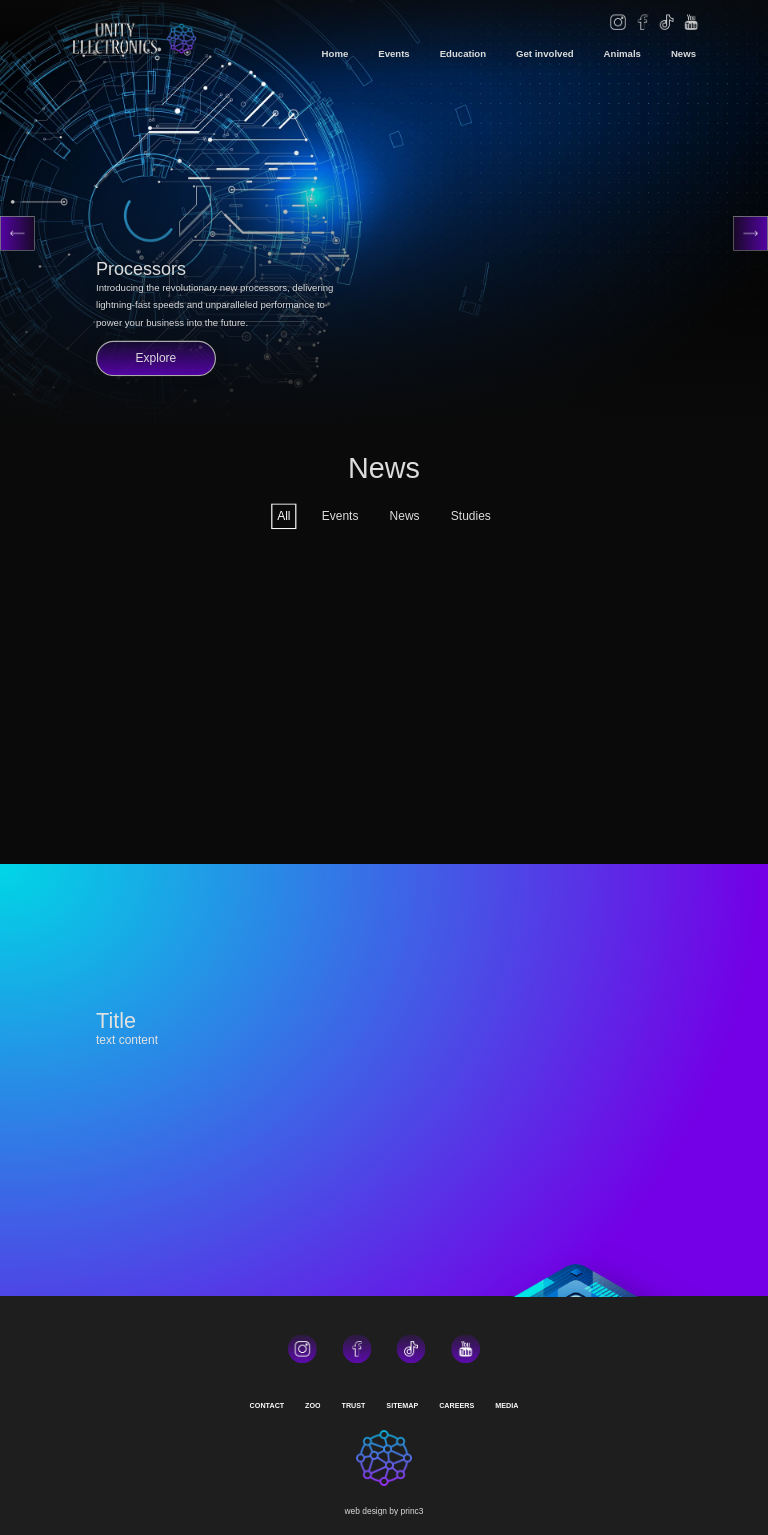
Repository: princ3-web/five
Page: /
These files come from the project's save history. The page is drawn as it stood at one moment and after a run of saves; the edit follows.
The browser window is 1280 px wide. The pictures show the whole page, at 60% of full size.
An inner scrolling area shows only its first screen. The project was rebuilt for these pictures with package versions that can differ from the ones it lists, and the page was loaded fresh each time. Also part of the build but not shown: src/css/subpage.module.css, src/pages/Events.jsx, src/pages/Education.jsx, src/pages/Membership.jsx, src/pages/Animals.jsx, src/pages/News.jsx, src/pages/Support.jsx.

Above is the page before, as saved 2023-05-08 18:59:12.

### src/App.jsx
import React, { useState } from "react";
import { Routes, Route } from "react-router-dom";
import app from "./css/app.module.css";
import Navbar from "./components/Navbar.jsx";
import Bottombar from "./components/Bottombar.jsx";
import Main from "./pages/Main.jsx";
import Events from "./pages/Events.jsx";
import Education from "./pages/Education.jsx";
import Membership from "./pages/Membership.jsx";
import Animals from "./pages/Animals.jsx";
import News from "./pages/News.jsx";
import Support from "./pages/Support.jsx";
import Scrolltotop from "./components/Scrolltotop";

function App() {
  return (
    <div className={app.app}>
      <Navbar />
      <Routes>
        <Route path="/" element={<Main />} exact />
        <Route path="/Events" element={<Events />} exact />
        <Route path="/Education" element={<Education />} exact />
        <Route path="/Membership" element={<Membership />} exact />
        <Route path="/Animals" element={<Animals />} exact />
        <Route path="/News" element={<News />} exact />
        <Route path="/Support" element={<Support />} exact />
      </Routes>
      <Bottombar />
      <Scrolltotop />
    </div>
  );
}

export default App;

### src/css/app.module.css
:root {
    --thin: 200;
    --regular: 400;
    --bold: 600;
    --font-12: 12px;
    --font-14: 14px;
    --font-16: 16px;
    --font-20: 20px;
    --font-24: 24px;
    --font-30: 30px;
    --font-36: 36px;
    --font-48: 48px;
    --dark: rgb(10, 10, 10);
    --dark-transp-100: rgb(0, 0, 0, 0.5);
    --gray-transp-200: rgba(100, 100, 100, 0.5);
    --gray-transp-300: rgba(100, 100, 100, 0.25);
    --gray-50: rgb(30, 30, 30);
    --gray-100: rgb(60, 60, 60);
    --gray-150: rgb(100, 100, 100);
    --gray-200: rgb(170, 170, 170);
    --gray-300: rgb(220, 220, 220);
    --gray-400: rgb(240, 240, 240);
    --light: rgb(250, 250, 250);
    --light-transp: rgb(255, 255, 255, 0.2);
    --blue-200: rgb(0, 78, 162);
    --blue-300: rgb(0, 123, 255);
    --teal-300: rgb(0, 238, 255);
    --violet-200: rgb(81, 0, 162);
    --violet-300: rgb(128, 0, 255);
    --transp: rgba(0, 0, 0, 0);
}

@import url('https://fonts.googleapis.com/css2?family=Raleway&display=swap');


html > div {
    display: none;
  }

  * {
    overflow-x: hidden;
    padding: 0;
    margin: 0;
    font-family: 'Raleway', sans-serif;
    user-select: none;
  }

  .app{
    background-color: var(--dark);
    height: fit-content;
  }

  .section{
    display: flex;
    flex-direction: column;
    min-height: 100vh;
  }

### src/components/Navbar.jsx
import React, { useState } from "react";
import navbar from "../css/navbar.module.css";
import logo from "../assets/icons/logo_sub.png";
import hamburger from "../assets/icons/hamburger.png";
import cross from "../assets/icons/cross.png";
import { Link } from "react-router-dom";
import instagram from "../assets/icons/instagram.png";
import facebook from "../assets/icons/facebook.png";
import tiktok from "../assets/icons/tiktok.png";
import youtube from "../assets/icons/youtube.png";

const Navbar = () => {
  const navbarButtons = [
    {
      name: "Home",
      menu: false,
      items: [],
      link: "/",
    },
    {
      name: "Events",
      menu: true,
      items: [
        "Plan Your Day",
        "What's On",
        "Membership",
        "Vet Hospital",
        "Education",
        "Zoo Map",
      ],
      link: "/Events",
    },
    {
      name: "Education",
      menu: true,
      items: [
        "Read for Adventure",
        "Educational Field Trips",
        "Self-Guided Field Trips",
        "Nature Explorers Preschool",
        "Schools Out Day Camps",
        "Spring Break Camp",
        "Summer Camps",
        "After Hours",
        "Conservation Club",
      ],
      link: "/Education",
    },
    {
      name: "Get involved",
      menu: true,
      items: [
        "What We Do",
        "What You Can Do",
        "Work at the Zoo",
        "Volunteer",
        "Sponsorship",
        "Conservation",
      ],
      link: "/Membership",
    },
    {
      name: "Animals",
      menu: false,
      items: [],
      link: "/Animals",
    },
    {
      name: "News",
      menu: false,
      items: [],
      link: "/News",
    },
  ];

  const socials = [instagram, facebook, tiktok, youtube];

  const [mobileMenu, toggleMobileMenu] = useState(false);

  return (
    <>
      <div className={navbar.navbar}>
        <Link className={navbar.link} to={"/"}>
          <img className={navbar.logo} src={logo} alt="" />
        </Link>
        <div className={navbar.navbarContent}>
          <div className={navbar.navbarTopIcons}>
            {socials.map((item, n) => (
              <img className={navbar.navbarTopIcon} src={item} alt="" key={n} />
            ))}
          </div>
          <div className={navbar.navbarButtons}>
            {navbarButtons.map((item, n) => (
              <div
                style={{
                  display: "block",
                  overflow: "visible",
                }}
                key={n}
              >
                <div className={navbar.navbarButton}>
                  <Link
                    to={item.link}
                    style={{
                      textDecoration: "none",
                      color: "unset",
                    }}
                  >
                    {item.name}
                  </Link>
                </div>

                {item.items.length > 0 && (
                  <>
                    <div className={navbar.navbarButtonDropdown}>
                      {item.items.map((i, n) => (
                        <Link
                          className={navbar.navbarButtonDropdownItem}
                          key={n}
                          to={item.link}
                        >
                          {i}
                        </Link>
                      ))}
                    </div>
                  </>
                )}
              </div>
            ))}
          </div>
        </div>
        <img
          className={navbar.mobileButton}
          src={mobileMenu === true ? cross : hamburger}
          onClick={() =>
            mobileMenu === true ? toggleMobileMenu(false) : toggleMobileMenu(true)
          }
          alt=""
        />
        <div
          className={[navbar.mobileMenu, mobileMenu ? navbar.mobileMenuShow : ""].join(
            " "
          )}
        >
          {navbarButtons.map((item) => (
            <Link to={item.link} className={navbar.mobileMenuItem}>
              <div onClick={() => toggleMobileMenu(false)}>{item.name}</div>
            </Link>
          ))}
        </div>
      </div>
    </>
  );
};

export default Navbar;

### src/components/Bottombar.jsx
import React from "react";
import bottombar from "../css/bottombar.module.css";
import logobw from "../assets/icons/logo.png";
import instagram from "../assets/icons/instagram.png";
import facebook from "../assets/icons/facebook.png";
import tiktok from "../assets/icons/tiktok.png";
import youtube from "../assets/icons/youtube.png";
import navbar from "../css/navbar.module.css";
import { Link } from "react-router-dom";

const Bottombar = () => {
  const socials = [instagram, facebook, tiktok, youtube];
  const links = ["CONTACT", "ZOO", "TRUST", "SITEMAP", "CAREERS", "MEDIA"];

  return (
    <>
      <div className={bottombar.bottomBar}>
        <div className={bottombar.socials}>
          {socials.map((item, n) => (
            <img className={bottombar.socialButton} src={item} alt="" key={n} />
          ))}
        </div>
        <div className={bottombar.links}>
          {links.map((item, n) => (
            <div className={bottombar.link} key={n}>
              {item}
            </div>
          ))}
        </div>
        <Link className={navbar.link} to={"/"}>
        <img className={bottombar.logo} src={logobw} alt="" onClick={() => window.scrollTo(0, 0)} />
        </Link>
        <div className={bottombar.signature}>web design by princ3</div>
      </div>
    </>
  );
};

export default Bottombar;

### src/pages/Main.jsx
import React, { useState, useEffect } from "react";
import app from "../css/app.module.css";
import Imagescroller from "../components/Imagescroller";
import Newspicker from "../components/Newspicker";
import Objectscroller from "../components/Objectscroller";

const Main = () => {
  return (
    <>
      <div className={app.section}>
        <Imagescroller />
      </div>

      <div className={app.section}>
        <Newspicker />
      </div>
      <div className={app.section}>
        <Objectscroller />
      </div>
    </>
  );
};

export default Main;

### src/components/Scrolltotop.jsx
import React from 'react';
import { useLocation } from 'react-router-dom';
import { useEffect } from 'react';

const Scrolltotop = () => {
    const { pathname } = useLocation();

    useEffect(() => {
      window.scrollTo(0, 0);
    }, [pathname]);
  }

export default Scrolltotop;

### src/css/navbar.module.css
.navbar {
  position: absolute;
  display: flex;
  flex-direction: row;
  justify-content: space-between;
  align-items: center;
  z-index: 5;
  width: 100%;
  padding-inline: 7rem;
  height: 8rem;
  font-size: var(--font-16);
  overflow: visible;
  box-sizing: border-box;
  background: linear-gradient(var(--dark) -30%, var(--transp) 100%);
}

.navbarContent {
  height: 100%;
  display: flex;
  flex-direction: column;
  justify-content: space-evenly;
}

.navbarTopIcons {
  display: flex;
  flex-direction: row;
  justify-content: space-between;
  width: 12vw;
  margin-left: auto;
  margin-right: 0;
}

.navbarTopIcon {
  width: 2rem;
  filter: brightness(0.8);
}

.navbarTopIcon:hover {
  filter: brightness(1);
  cursor: pointer;
}

.navbarButtons {
  display: flex;
  flex-direction: row;
  justify-content: space-between;
  width: 50vw;
  margin-left: auto;
  margin-right: 0;
}

.navbarButton {
  color: var(--gray-300);
  padding: 0.5rem;
  font-weight: var(--bold);
  cursor: pointer;
  transition: 0.2s;
}

.navbarButton:hover {
  color: var(--gray-400);
  cursor: pointer;
}

.dropdownBackground {
  background-color: black;
  width: 100%;
  height: 15rem;
}

.navbarButtonDropdown {
  visibility: hidden;
  z-index: 3;
  position: absolute;
  margin-left: -25px;
  padding-inline: 1.5rem;
  padding-block: 0.5rem;
  cursor: pointer;
  line-height: 2rem;
  filter: opacity(0);
  transition: 0.35s;
  background: linear-gradient(135deg, var(--dark-transp-100), var(--violet-200));
}

.navbarButton:hover ~ .navbarButtonDropdown {
  visibility: visible;
  filter: opacity(1);
}

.navbarButtonDropdown:hover {
  visibility: visible;
  filter: opacity(1);

}

.navbarButtonDropdownItem {
  color: var(--gray-300);
  display: block;
  transition: 0.2s;
  text-decoration: none;
}

.navbarButtonDropdownItem:hover {
  color: var(--light);
}

.navbarTopButton {
  height: fit-content;
  padding: 0.5rem;
  font-weight: var(--regular);
  cursor: pointer;
}

.logo {
  position: relative;
  display: block;
  height: 40%;
  object-fit: contain;
  z-index: 1;
  filter: drop-shadow(1px 1px 1px var(--dark));
}

.link {
  height: 100%;
  overflow: hidden;
  display: flex;
  align-items: center;
}

.mobileButton {
  display: none;
}

.mobileMenu {
  display: none;
}

@media screen and (max-width: 480px) {
  .navbar {
    height: 5rem;
    padding-inline: 0.5rem;
  }

  .navbarTopButtons {
    display: none;
  }
  .navbarButtons {
    display: none;
  }

  .logo {
    height: 70%;
  }

  .mobileButton {
    display: block;
    height: 50%;
    margin-right: 0.5rem;
    z-index: 1;
  }

  .mobileMenu {
    position: absolute;
    display: block;
    box-sizing: border-box;
    top: 5rem;
    left: 100vw;
    width: 100vw;
    height: 100vh;
    text-align: center;
    background-size: 20rem;
    background-color: var(--green-400);
    transition: 0.2s;
  }

  .mobileMenuShow {
    left: 0;
  }

  .mobileMenuItem {
    color: var(--light);
    font-size: var(--font-20);
    line-height: 4rem;
    text-decoration: none;
  }
}

### src/css/bottombar.module.css
.bottomBar {
  position: relative;
  display: flex;
  flex-direction: column;
  align-items: center;
  width: 100%;
  background-color: var(--gray-50);
  padding-bottom: 2rem;
}

.socials {
  position: relative;
  width: 25%;
  margin: auto;
  left: 0;
  right: 0;
  margin-top: 4rem;
  display: flex;
  flex-direction: row;
  justify-content: space-between;
}

.socialButton {
  width: 2rem;
  padding: 0.5rem;
  background-color: var(--violet-200);
  background: linear-gradient(180deg, var(--transp), var(--violet-300));
  background-size: 100% 200%;
  background-position: 100% 25%;
  transition: 0.5s;
  border-radius: 2rem;
  cursor: pointer;
}

.socialButton:hover {
  background-position: 100% 100%;

}

.links {
  position: relative;
  width: 35%;
  font-size: var(--font-12);
  margin: auto;
  left: 0;
  right: 0;
  margin-top: 4rem;
  display: flex;
  flex-direction: row;
  justify-content: space-between;
}

.link {
  color: var(--light);
  font-weight: var(--bold);
  cursor: pointer;
}

.link:hover {
  color: var(--gray-200);
}

.logo {
  position: relative;
  width: 6rem;
  padding-top: 2rem;
  padding-bottom: 2rem;
  cursor: pointer;
  transition: 0.2s;
}

.logo:hover {
  filter: brightness(0.8);
}

.signature {
  color: var(--gray-300);
  font-size: var(--font-14);
  font-weight: var(--thin);
}

@media screen and (max-width: 480px) {
  .socials {
    width: 90%;
  }

  .links {
    display: flex;
    flex-wrap: wrap;
    width: 90%;
    justify-content: space-between;
  }

  .link {
    width: 30%;
    height: 3rem;
    text-align: center;
  }
}

### src/components/Imagescroller.jsx
import React, { useEffect, useState } from "react";
import imagescroller from "../css/imagescroller.module.css";

const Imagescroller = () => {
  const [selectedBackground, toggleSelectedBackground] = useState(0);

  useEffect(() => {
    const intervalId = setInterval(() => {
      selectedBackground < 2
        ? toggleSelectedBackground((state) => state + 1)
        : toggleSelectedBackground(0);
    }, 6000);

    return () => {
      clearInterval(intervalId);
    };
  }, [selectedBackground]);

  const backgrounds = [0, 1, 2];
  const backgroundsText = [
    {
      title: "Processors",
      text: "Introducing the revolutionary new processors, delivering lightning-fast speeds and unparalleled performance to power your business into the future.",
    },
    {
      title: "New Techs",
      text: "Unlock the full potential of your industry with cutting-edge technologies designed to increase efficiency, productivity, and profitability.",
    },
    {
      title: "GPUs",
      text: "Experience unprecedented gaming performance and immerse yourself in stunningly realistic graphics with our new ground-breaking graphics cards.",
    },
  ];

  return (
    <div>
      <div className={imagescroller.imageScroller}>
        {backgrounds.map((item, n) => (
          <img
            className={[
              imagescroller.image,
              selectedBackground !== n ? imagescroller.imageFade : "",
            ].join(" ")}
            src={require("../assets/images/background" + n + ".webp")}
            alt=""
          />
        ))}

        <img
          className={imagescroller.arrow}
          onClick={() =>
            selectedBackground > 0
              ? toggleSelectedBackground((state) => state - 1)
              : toggleSelectedBackground(backgrounds.length - 1)
          }
          style={{ left: "0", rotate: "180deg", translateY: "-50%" }}
          src={require("../assets/icons/arrow.png")}
          alt=""
        />
        <img
          className={imagescroller.arrow}
          onClick={() =>
            selectedBackground < backgrounds.length - 1
              ? toggleSelectedBackground((state) => state + 1)
              : toggleSelectedBackground(0)
          }
          style={{ right: "0", rotate: "0deg", translateY: "-50%" }}
          src={require("../assets/icons/arrow.png")}
          alt=""
        />
        <div className={imagescroller.gradient}></div>
      </div>
      <div className={imagescroller.explore}>
        <div className={imagescroller.exploreTitle}>
          {backgroundsText[selectedBackground].title}
        </div>
        <div className={imagescroller.exploreText}>
          {backgroundsText[selectedBackground].text}
        </div>
        <div className={imagescroller.exploreButton}>Explore</div>
      </div>
    </div>
  );
};

export default Imagescroller;

### src/components/Newspicker.jsx
import React, { useState } from "react";
import newspicker from "../css/newspicker.module.css";

const Newspicker = () => {
  const newsButtons = ["All", "Events", "News", "Studies"];
  const [selectedButton, toggleSelectedButton] = useState(0);

  return (
    <div className={newspicker.news}>
      <div
        className={newspicker.newsTitle}
        style={{ textAlign: "center", marginTop: "2rem" }}
      >
        News
      </div>
      <div className={newspicker.newsButtons}>
        {newsButtons.map((item, n) => (
          <div
            className={[
              newspicker.newsButton,
              n === selectedButton && newspicker.newsButtonSelected,
            ].join(" ")}
            onClick={() => toggleSelectedButton(n)}
          >
            {item}
          </div>
        ))}
      </div>
    </div>
  );
};

export default Newspicker;

### src/components/Objectscroller.jsx
import React, { useEffect, useState } from "react";
import objectscroller from "../css/objectscroller.module.css";

const Objectscroller = () => {
  const [scrollPos, setScrollPos] = useState(false);

  // useEffect for setting useState: scrollPos
  useEffect(() => {
    const handleMouseMove = () => {
      setScrollPos(window.scrollY);
    };

    window.addEventListener("scroll", handleMouseMove);
    return () => {
      window.removeEventListener("scroll", handleMouseMove);
    };
  }, []);

  console.log(scrollPos);

  return (
    <div>
      <div className={objectscroller.gradient}>
        <div className={objectscroller.textContainer}>
          <div className={objectscroller.title}>Title</div>
          <div className={objectscroller.text}>text content</div>
        </div>
        <img
          className={objectscroller.image}
          style={{
            translate: "0px " + (- scrollPos/3 + 400 + "px").toString(),
          }}
          src={require("../assets/images/object1.png")}
          alt=""
        />
      </div>
    </div>
  );
};

export default Objectscroller;

### src/css/imagescroller.module.css
.imageScroller {
  position: absolute;
  height: 100vh;
  width: 100%;
  display: block;
  white-space: nowrap;
  background-color: var(--dark);
}

.image {
  position: absolute;
  z-index: 1;
  width: 100vw;
  height: 100vh;
  object-fit: cover;
  top: 0;
  left: 0;
  padding: 0;
  transition: 1s;
  filter: opacity(1);
}

.imageFade {
  filter: opacity(0);
}

.arrow {
  position: absolute;
  width: 1.5rem;
  z-index: 2;
  top: 50%;
  padding: 1rem;
  border: 1px solid var(--gray-200);
  cursor: pointer;
  background-size: 0% 0%;
  background-color: var(--gray-200);
  background: linear-gradient(90deg, var(--dark) 0%, var(--violet-300));
  background-size: 200% 100%;
  background-position: 25% 100%;
  transition: 0.5s;
}

.arrow:hover {
  background-position: 100% 100%;
}

.gradient {
  position: absolute;
  top: 0;
  width: 100vw;
  height: 100vh;
  background: linear-gradient(var(--transp) 30%, var(--dark) 100%);
  z-index: 1;
}

.explore {
  position: absolute;
  z-index: 3;
  left: 10rem;
  top: 60%;
  width: 25rem;
  filter: drop-shadow(0px 0px 10px var(--dark));

}

.exploreTitle {
  position: relative;
  color: var(--gray-300);
  font-size: var(--font-30);
}

.exploreText {
  position: relative;
  color: var(--gray-300);
  font-size: var(--font-16);
  margin-bottom: 1rem;
  line-height: 1.8rem;
}

.exploreButton {
  position: relative;
  width: fit-content;
  color: var(--gray-300);
  font-size: var(--font-20);
  padding: 1rem;
  padding-inline: 4rem;
  border: 2px solid var(--gray-200);
  border-radius: 2rem;
  background: linear-gradient(180deg, var(--transp), var(--violet-300));
  background-size: 100% 200%;
  background-position: 100% 25%;
  transition: 0.5s;
  cursor: pointer;
}

.exploreButton:hover {
  background-position: 100% 100%;
}

.video {
  position: relative;
  display: flex;
  box-sizing: border-box;
  z-index: 1;
  width: 100%;
  height: 100vh;
  object-fit: cover;
  padding: 0;
  border-top: 0.25rem solid var(--green-500);
}

@media screen and (max-width: 480px) {
  .video {
    width: 100%;
    margin: unset;
  }
}

### src/css/newspicker.module.css
.news{
    display: flex;
    flex-direction: column;
  }

  .newsTitle {
    font-size: var(--font-48);
    color: var(--gray-300);
    margin-bottom: 2rem;
  }

  .newsButtons{
    display: flex;
    flex-direction: row;
    justify-content: center;
    align-self: center;
    width: 50%;
  }

  .newsButton {
    color: var(--gray-300);
    font-size: var(--font-20);
    border: 2px solid var(--transp);
    margin-inline: 1rem;
    padding: 0.5rem;
    cursor: pointer;
    transition: 0.5s;
  }

  .newsButtonSelected{
    border: 2px solid var(--light);
    color: var(--light);
  }

### src/css/objectscroller.module.css
.image {
  position: absolute;
  top: 50%;
  transform: translateY(-50%);
  right: 10rem;
  width: 20rem;
  filter: drop-shadow(30px 30px 30px var(--violet-200));
}

.textContainer {
  color: var(--light);
  position: absolute;
  left: 10rem;
  top: 15rem;
  margin: auto;
}

.title {
  font-size: var(--font-36);
}

.text {
  font-size: var(--font-20);
}

.gradient {
  position: absolute;
  width: 100vw;
  height: 100vh;
  background: radial-gradient(at left top, var(--teal-300) 0%, var(--violet-300) 70%);
  background-size: 100% 150%;
  filter: brightness(0.9);
}

Loaded but not shown: public/index.html (common file); src/index.js (common file); src/index.css (common file); src/reportWebVitals.js (common file)

After the next 3 saves:
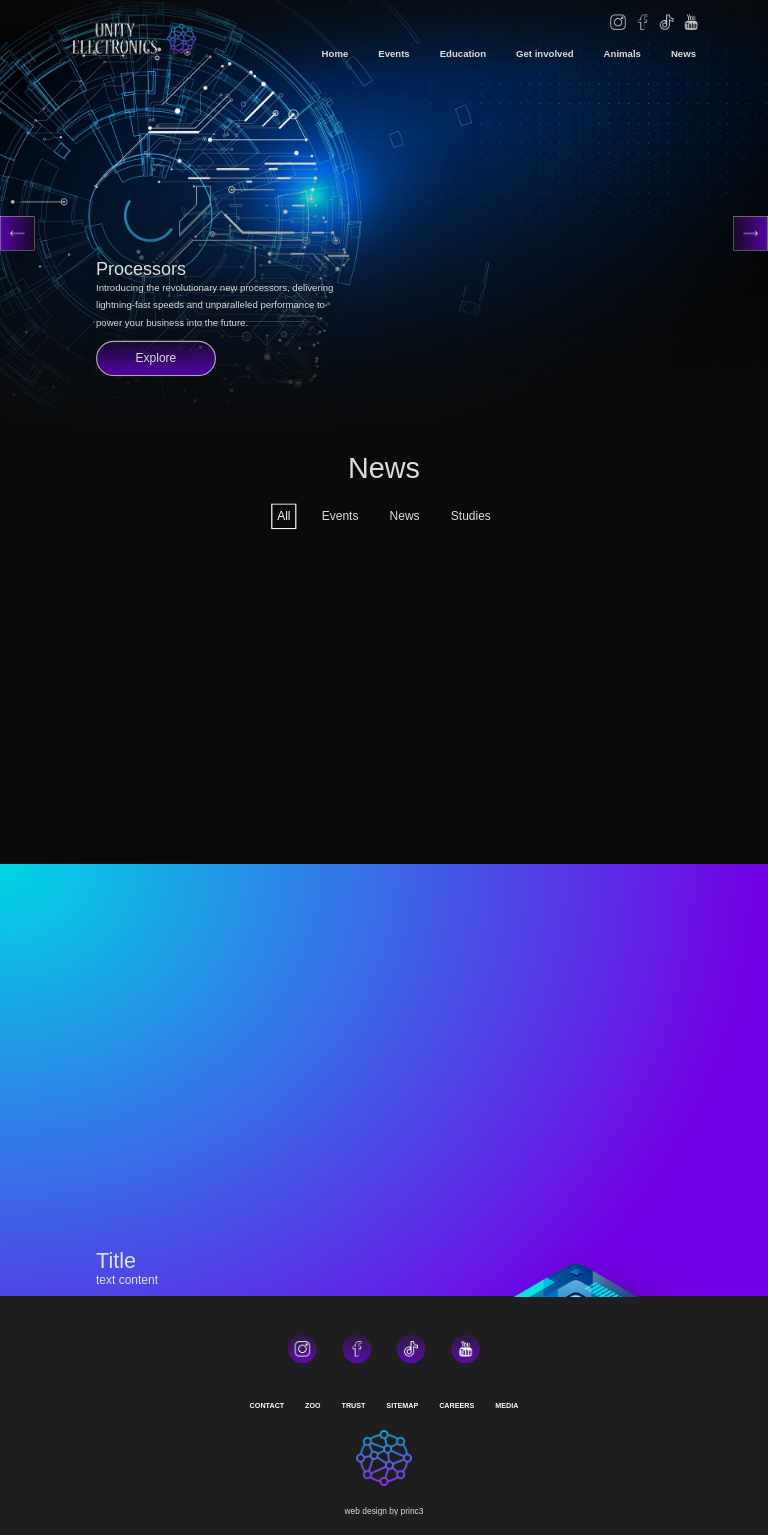
The 3 saves are shown as one change because they came seconds apart.
The last was saved 13 s later.
--- a/src/components/Objectscroller.jsx
+++ b/src/components/Objectscroller.jsx
@@ -21,14 +21,19 @@ const Objectscroller = () => {
   return (
     <div>
       <div className={objectscroller.gradient}>
-        <div className={objectscroller.textContainer}>
+        <div
+          className={objectscroller.textContainer}
+          style={{
+            translate: "0px " + (-scrollPos / 3 + 400 + "px").toString(),
+          }}
+        >
           <div className={objectscroller.title}>Title</div>
           <div className={objectscroller.text}>text content</div>
         </div>
         <img
           className={objectscroller.image}
           style={{
-            translate: "0px " + (- scrollPos/3 + 400 + "px").toString(),
+            translate: "0px " + (-scrollPos / 3 + 400 + "px").toString(),
           }}
           src={require("../assets/images/object1.png")}
           alt=""
